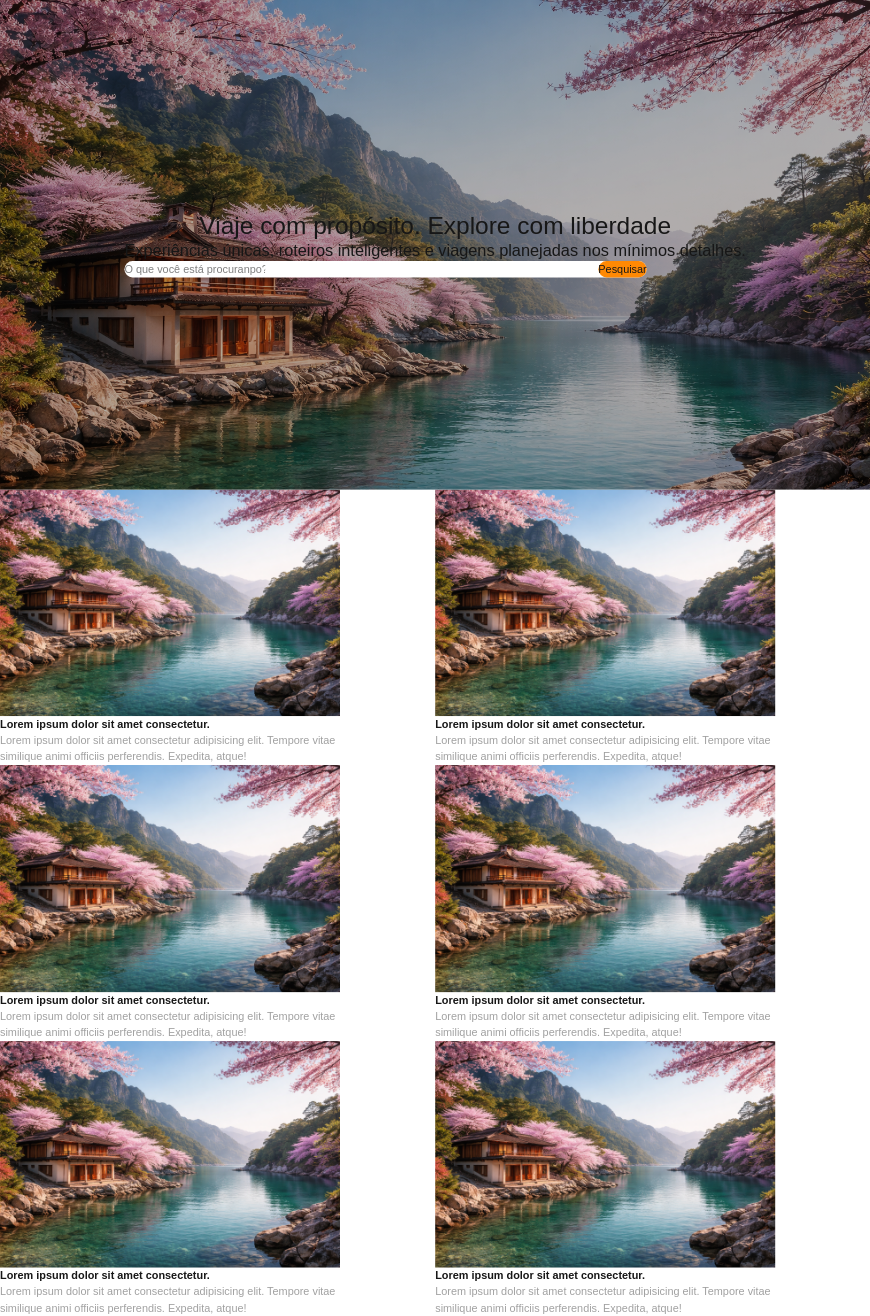
Repository: pedroantoniosi/tripicon-site
Page: /home
An editor plug-in stored every save of this project. The page is shown before and after the next save, followed by the edit.
The browser window is 1280 px wide. The pictures show the whole page, at 68% of full size.
The project was rebuilt for these pictures with package versions that can differ from the ones it lists, and the page was loaded fresh each time. The framework's server and built-in components were replaced by stand-ins that run in the browser. Also part of the build but not shown: next.config.ts.

Above is the page before, as saved 2026-04-02 19:39:44.

### src/app/layout.tsx
import type { Metadata } from "next";
import { Geist, Geist_Mono } from "next/font/google";
import "./globals.css";

const geistSans = Geist({
  variable: "--font-geist-sans",
  subsets: ["latin"],
});

const geistMono = Geist_Mono({
  variable: "--font-geist-mono",
  subsets: ["latin"],
});

export const metadata: Metadata = {
  title: "Create Next App",
  description: "Generated by create next app",
};

export default function RootLayout({
  children,
}: Readonly<{
  children: React.ReactNode;
}>) {
  return (
    <html
      lang="en"
      className={`${geistSans.variable} ${geistMono.variable} h-full antialiased`}
    >
      <body className="min-h-full flex flex-col">{children}</body>
    </html>
  );
}

### src/app/home/page.tsx
"use client";
import styles from "./page.module.css";
import Searchbar from "@/components/searchbar/searchbar";
import Container from "@/components/Container/Container";
import Image from "next/image";
import Slider from "@/components/Slider/Slider";

const trips = [
  { title: "", image: "/images/banner.png" },
  { title: "", image: "/images/banner.png" },
  { title: "", image: "/images/banner.png" },
];

const reviews = [
  {
    name: "Mariana Souza",
    text: "Viajar para Kyoto sempre foi um sonho, mas eu não fazia ideia de por onde começar. A plataforma montou tudo pra mim e a experiência foi simplesmente perfeita.",
    stars: 5,
  },
  {
    name: "Lucas Ferreira",
    text: "Fiquei impressionado com a organização. Desde Tokyo até Osaka, tudo foi muito bem planejado. Zero dor de cabeça.",
    stars: 5,
  },
  {
    name: "Camila Ribeiro",
    text: "Eu queria uma viagem mais cultural e menos turística, e eles acertaram exatamente no que eu buscava. Kyoto foi o ponto alto da viagem.",
    stars: 5,
  },
  {
    name: "Rafael Martins",
    text: "Foi minha primeira viagem internacional e eu estava inseguro. O suporte foi excelente do começo ao fim, principalmente durante a estadia em Tokyo.",
    stars: 5,
  },
  {
    name: "Juliana Costa",
    text: "Consegui montar um roteiro completo em poucos minutos. A experiência no Monte Fuji foi inesquecível. Recomendo muito.",
    stars: 5,
  },
];

export default function Home() {
  return (
    <>
      {/* Sessão Inicial  Principal */}
      <section className={styles.heroContainer}>
        <div className={`${styles.heroCaption} col gap-2`}>
          <h1 className="text-4xl  text-center">
            {" "}
            Viaje com propósito. Explore com liberdade
          </h1>
          <p className="text-md lg:text-2xl text-center m-[12]">
            Experiências únicas, roteiros inteligentes e viagens planejadas nos
            mínimos detalhes.
          </p>
          <Searchbar />
        </div>
      </section>

      <Container>
        <section className={`${styles.featuresContainer} grid grid-cols-2`}>
          {Array.from({ length: 6 }).map((_, index) => (
            <div key={index} className={`${styles.card}`}>
              <Image
                className=""
                src="/images/banner.png"
                alt="Banner"
                width={500}
                height={300}
              />
              <div className={`${styles.caption}`}>
                <h2 className="font-bold font">
                  Lorem ipsum dolor sit amet consectetur.
                </h2>
                <p className={`${styles.text} text-neutral-400 max-w-[500px]`}>
                  Lorem ipsum dolor sit amet consectetur adipisicing elit.
                  Tempore vitae similique animi officiis perferendis. Expedita,
                  atque!
                </p>
              </div>
            </div>
          ))}
        </section>
      </Container>
    </>
  );
}

### src/app/globals.css
@import "tailwindcss";
@import "bootstrap-icons/font/bootstrap-icons.css";

* {
  padding: 0;
  margin: 0;
  box-sizing: border-box;
}

:root {
  --background: #ffffff;
  --foreground: #171717;
  --primaryColor: #
}

@media (prefers-color-scheme: dark) {
  :root {
    --background: #0a0a0a;
    --foreground: #ededed;
  }
}

body {
  background: var(--background);
  color: var(--foreground);
  font-family: Arial, Helvetica, sans-serif;
}

### src/app/home/page.module.css
.heroContainer {
    padding: 1rem;
    position: relative;
    display: grid;
    place-items: center;
    z-index: 1;
    min-height: 70svh;

    &::after {
        content: ' ';
        position: absolute;
        width: 100%;
        height: 100%;
        left: 0;
        bottom: 0;
        background-image: url('/images/banner.png');
        background-size: cover;
        z-index: -1;
        filter: brightness(70%);
    }

    & .heroTitle {
        max-width: 1024px;
        text-align: center;
    }
}


@media (min-width: 1024px) {
    .heroContainer {
        padding: 2rem;
        min-height: 100vh;
    }

    .heroContainer .heroTitle {
        max-width: 1200px;
    }
}

@media (max-width: 768px) {
    .featuresContainer {


        & .card {
            position: relative;

            & .caption {
                width: 100%;
                position: absolute;
                bottom: 0;
                z-index: 1;

                & .text {
                    display: none;
                }
            }
        }
    }

}

### src/components/searchbar/searchbar.tsx
export default function searchbar() {
  return (
    <>
      <div className="p-[.5rem] bg-white rounded-full flex justify-between m-auto max-w-[768px]">
        <input
          className="p-1 text-black outline-none border-none"
          type="text"
          placeholder="O que você está procuranpo?"
        />
        <button className="bg-orange-400 px-2 rounded-full">Pesquisar</button>
      </div>
    </>
  );
}

### src/components/Container/Container.tsx
import React from "react";

type ContainerProps = {
  children?: React.ReactNode;
};

export default function Container({ children }: ContainerProps) {
  return <div className="p-2 max-w-[1640px] m-auto">{children}</div>;
}

After the next save:
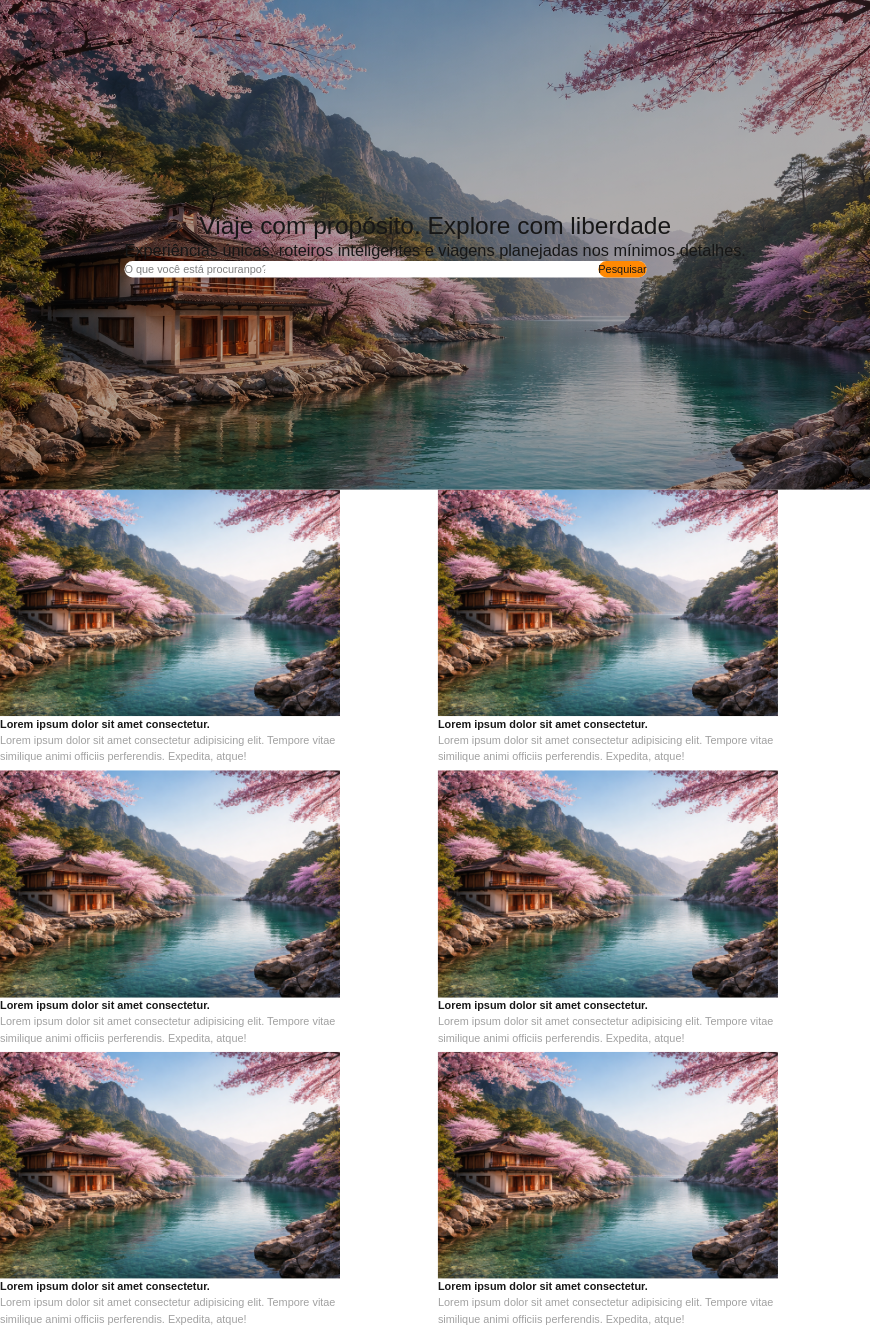
Saved 10 min 32 s later.
--- a/src/app/home/page.tsx
+++ b/src/app/home/page.tsx
@@ -58,7 +58,9 @@ export default function Home() {
       </section>
 
       <Container>
-        <section className={`${styles.featuresContainer} grid grid-cols-2`}>
+        <section
+          className={`${styles.featuresContainer} grid grid-cols-2 gap-2`}
+        >
           {Array.from({ length: 6 }).map((_, index) => (
             <div key={index} className={`${styles.card}`}>
               <Image
